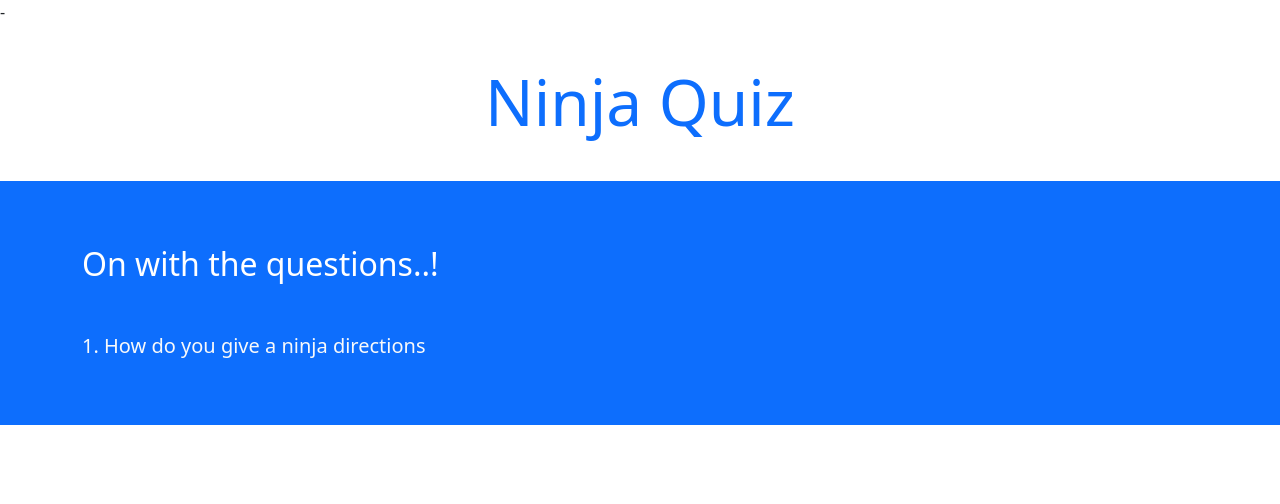
Repository: Programmer-RD-AI/Modern-JavaScript-Complete-guide-from-Novice-to-Ninja
Page: ninja_quiz/index.html
These files come from the project's save history. The page is drawn as it stood at one moment and after a run of saves; the edit follows.
The browser window is 1280 px wide. The pictures show the whole page.

Above is the page before, as saved 2023-12-26 15:25:46.

### ninja_quiz/index.html
<html lang="en">
  <head>
    <meta charset="UTF-8" />
    -
    <meta name="viewport" content="width=device-width, initial-scale=1.0" />
    <link
      href="https://cdn.jsdelivr.net/npm/bootstrap@5.3.2/dist/css/bootstrap.min.css"
      rel="stylesheet"
      integrity="sha384-T3c6CoIi6uLrA9TneNEoa7RxnatzjcDSCmG1MXxSR1GAsXEV/Dwwykc2MPK8M2HN"
      crossorigin="anonymous"
    />
    <title>Ninja Quiz</title>
    <link rel="stylesheet" href="style.css" />
  </head>
  <body>
    <!-- introduction -->
    <div class="intro py-3 bg-white text-center">
      <div class="container">
        <h2 class="text-primary display-3 my-4">Ninja Quiz</h2>
      </div>
    </div>
    <!-- quiz section -->
    <div class="quiz py-3 bg-primary">
      <div class="container">
        <h2 class="my-5 text-white">On with the questions..!</h2>
        <form class="quiz-form text-light">
          <div class="my-5">
            <p class="lead font-weight-normal">1. How do you give a ninja directions</p>

          </div>
        </form>
      </div>
    </div>
    <script src="app.js"></script>
  </body>
</html>

Loaded but not shown: ninja_quiz/app.js (no copy from this time; the picture is the same without it); ninja_quiz/style.css (no stored copy; drawn as an empty file)

After the next 4 saves:
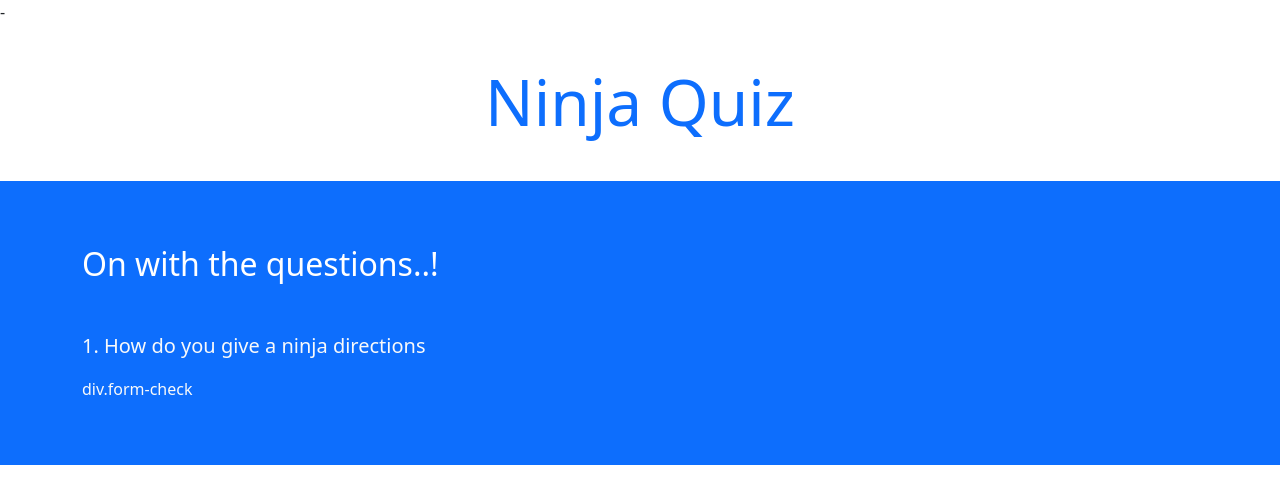
The 4 saves are shown as one change because they came seconds apart.
The last was saved 10 s later.
--- a/ninja_quiz/index.html
+++ b/ninja_quiz/index.html
@@ -26,7 +26,7 @@
         <form class="quiz-form text-light">
           <div class="my-5">
             <p class="lead font-weight-normal">1. How do you give a ninja directions</p>
-
+            div.form-check
           </div>
         </form>
       </div>
